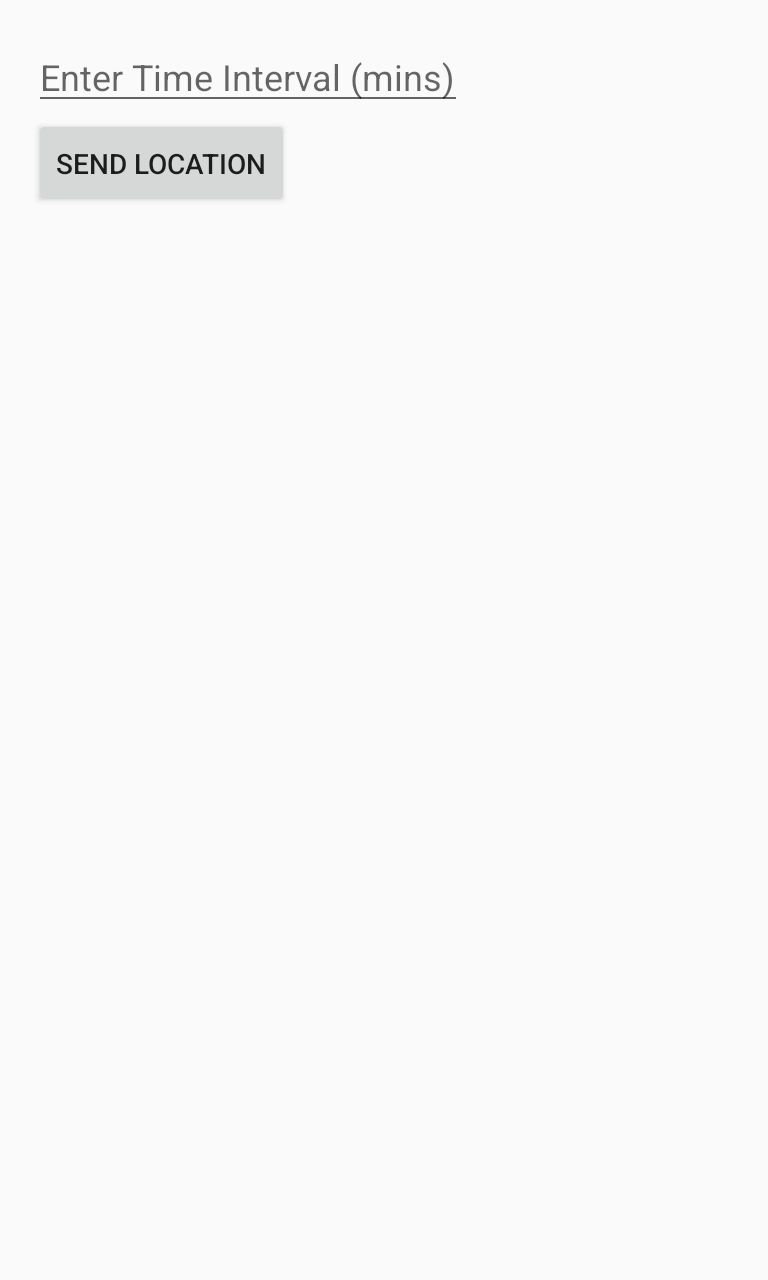
Repository: haidark/rahat
Layout: android/Rahat/res/layout/fragment_main.xml
These files come from the project's save history. The layout is drawn as it stood at one moment and after the next save; the edit follows.
It is drawn on a 768 x 1280 px phone screen (xhdpi) without system bars, with theme AppTheme; the app's code is not run.

Above is the layout before, as saved 2014-05-01 23:21:46.

### android/Rahat/res/layout/fragment_main.xml
<LinearLayout xmlns:android="http://schemas.android.com/apk/res/android"
    xmlns:tools="http://schemas.android.com/tools"
    android:layout_width="match_parent"
    android:layout_height="match_parent"
    android:paddingBottom="@dimen/activity_vertical_margin"
    android:paddingLeft="@dimen/activity_horizontal_margin"
    android:paddingRight="@dimen/activity_horizontal_margin"
    android:paddingTop="@dimen/activity_vertical_margin"
    tools:context="com.example.rahat.MainActivity$PlaceholderFragment"
	android:orientation="vertical" >

    <EditText android:id="@+id/edit_1"
        android:layout_width="wrap_content"
        android:layout_height="wrap_content"
        android:hint="@string/edit_1" />
    <Button
        android:layout_width="wrap_content"
        android:layout_height="wrap_content"
        android:text="@string/button_send"
        android:onClick="sendLocation" />
    <ScrollView android:layout_width="fill_parent"
    			android:layout_height="wrap_content" >
	    <TextView android:id="@+id/text_1"
	        android:layout_width="wrap_content"
	        android:layout_height="wrap_content"
	        android:text="@string/text_info" />
	</ScrollView>

</LinearLayout>

### android/Rahat/res/values/strings.xml
<?xml version="1.0" encoding="utf-8"?>
<resources>

    <string name="app_name">Rahat</string>
    <string name="action_settings">Settings</string>
	<string name="edit_1">Enter Time Interval (mins)</string>
	<string name="text_info"></string>
	<string name="button_send">Send Location</string>
	<string name="title_activity_main">MainActivity</string>
</resources>

Loaded but not shown: android/Rahat/res/values/styles.xml (common file); android/Rahat/res/values-v11/styles.xml (common file); android/Rahat/res/values-v14/styles.xml (common file); android/Rahat/res/values/dimens.xml (common file); android/Rahat/res/values-w820dp/dimens.xml (common file)

After the next save:
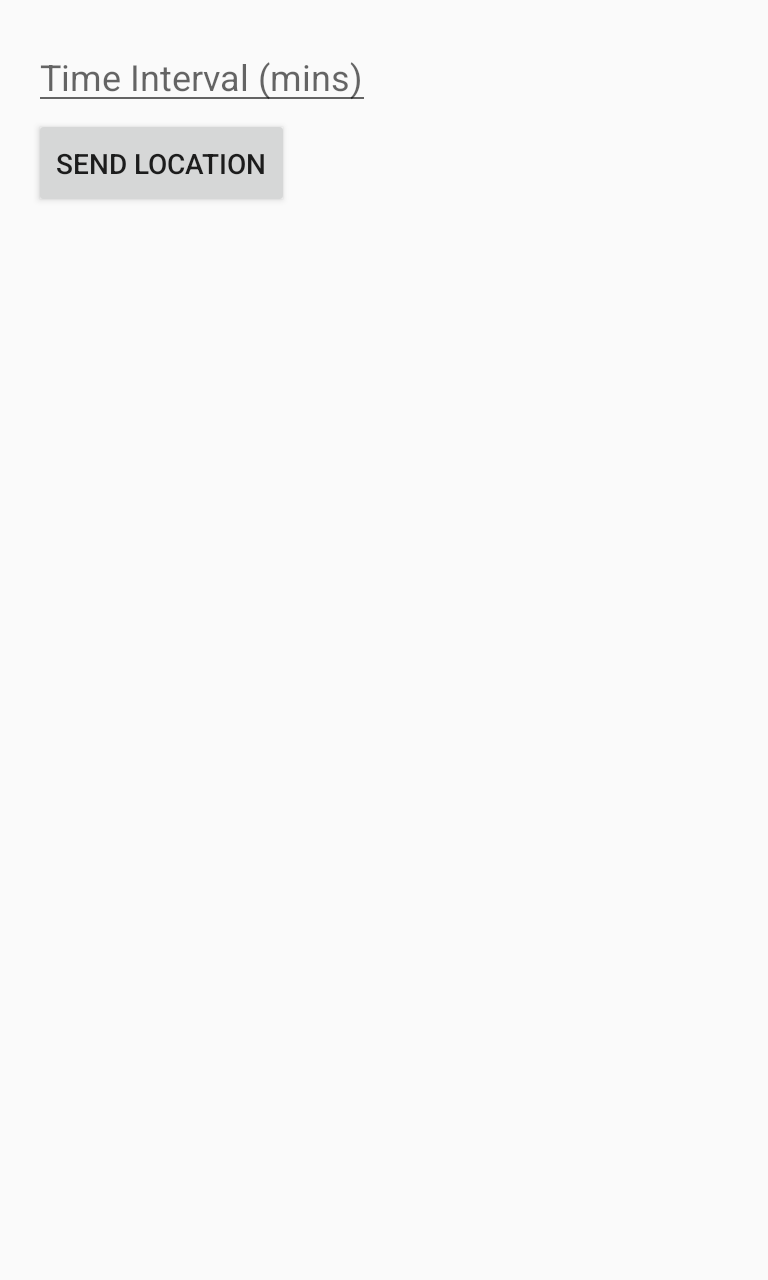
Saved 6 s later.
--- a/android/Rahat/res/values/strings.xml
+++ b/android/Rahat/res/values/strings.xml
@@ -3,7 +3,7 @@
 
     <string name="app_name">Rahat</string>
     <string name="action_settings">Settings</string>
-	<string name="edit_1">Enter Time Interval (mins)</string>
+	<string name="edit_1">Time Interval (mins)</string>
 	<string name="text_info"></string>
 	<string name="button_send">Send Location</string>
 	<string name="title_activity_main">MainActivity</string>
